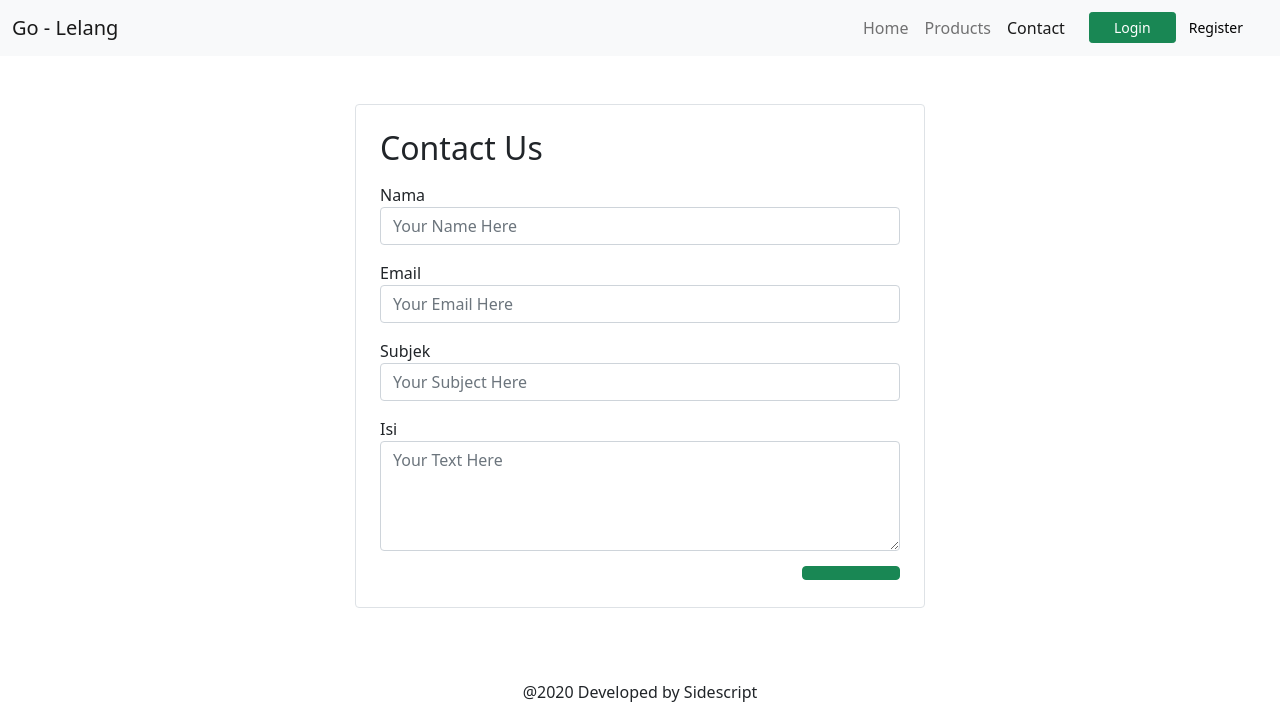
Repository: khulqu15/Go---Lelalng
Page: http://localhost/contact
An editor plug-in stored every save of this project. The page is shown before and after the next save, followed by the edit.
The browser window is 1280 px wide. The pictures show the whole page.
The page is served by the project's Laravel application, run on PHP 8.4 with Laravel 8. Other server files are loaded and not shown.

Above is the page before, as saved 2021-02-22 12:33:44.

### routes/web.php
<?php

use App\Http\Controllers\DashboardController;
use App\Http\Controllers\PageController;
use Illuminate\Support\Facades\Route;

/*
|--------------------------------------------------------------------------
| Web Routes
|--------------------------------------------------------------------------
|
| Here is where you can register web routes for your application. These
| routes are loaded by the RouteServiceProvider within a group which
| contains the "web" middleware group. Now create something great!
|
*/

Route::get('/', [PageController::class, 'home'])->name('home');
Route::get('products', [PageController::class, 'products'])->name('products');
Route::get('product/{id}', [PageController::class, 'product'])->name('product');
Route::get('contact', [PageController::class, 'contact'])->name('contact');
Route::get('login', [PageController::class, 'login'])->name('login');
Route::get('register', [PageController::class, 'register'])->name('register');
Route::post('contact', [PageController::class, 'contact'])->name('contact.us');

Route::group(['middleware' => ['userDashboard']], function() {
    Route::get('dashboard', [DashboardController::class, 'index'])->name('dashboard');
    Route::get('dashboard/product', [DashboardController::class, 'product'])->name('dashboard.product');
    Route::get('dashboard/user', [DashboardController::class, 'user'])->name('dashboard.user');
    Route::get('dashboard/auction', [DashboardController::class, 'auction'])->name('dashboard.auction');
});

### app/Http/Controllers/PageController.php
<?php

namespace App\Http\Controllers;

use App\Models\Category;
use App\Models\Product;
use Illuminate\Http\Request;

class PageController extends Controller
{
    public function home(Request $request)
    {
        $categories = Category::orderBy('id', 'DESC')->paginate(4);
        $query = Product::query();
        if($request->get('name')) {
            $products = $query->where('name', 'LIKE', '%'.$request->get('name').'%');
        }
        if($request->get('category')) {
            $products = $query->where('category_id', $request->get('category'));
        }
        $products = $query->with('Category')->orderBy('id', 'DESC')->paginate(3);
        return view('welcome', compact('products', 'categories'));
    }

    public function products(Request $request)
    {
        $categories = Category::orderBy('id', 'DESC')->paginate(4);
        $query = Product::query();
        if($request->get('name')) {
            $products = $query->where('name', 'LIKE', '%'.$request->get('name').'%');
        }
        if($request->get('category')) {
            $products = $query->where('category_id', $request->get('category'));
        }
        $products = $query->paginate(3);
        return view('page.products', compact('products', 'categories'));
    }

    public function product($id)
    {
        $product = Product::find($id);
        return view('page.product', compact('product'));
    }

    public function contact()
    {
        return view('page.contact');
    }

    public function login()
    {
        return view('auth.login');
    }

    public function register()
    {
        return view('auth.register');
    }
}

### resources/views/page/contact.blade.php
@extends('layout.app')

@section('title', 'Contact')

@section('content')
    <div class="container py-5">
        <div class="row">
            <div class="col-md-6 offset-md-3 rounded border p-4">
                <div>
                    <h2 class="font-weight-bold">Contact Us</h2>
                    <form action="{{ route('contact.us') }}" method="POST">
                        @csrf
                        <div class="form-group py-2">
                            <label for="name">Nama</label>
                            <input type="text" required name="name" placeholder="Your Name Here" class="form-control">
                        </div>
                        <div class="form-group py-2">
                            <label for="email">Email</label>
                            <input type="email" required name="email" placeholder="Your Email Here" class="form-control">
                        </div>
                        <div class="form-group py-2">
                            <label for="subject">Subjek</label>
                            <input type="text" name="subject" placeholder="Your Subject Here" class="form-control">
                        </div>
                        <div class="form-group py-2">
                            <label for="subject">Isi</label>
                            <textarea rows="4" type="text" name="subject" placeholder="Your Text Here" class="form-control"></textarea>
                        </div>
                        <div class="text-right">
                            <button class="btn btn-success px-5"></button>
                        </div>
                    </form>
                </div>
            </div>
        </div>
    </div>
@endsection

### resources/views/layout/app.blade.php
<!DOCTYPE html>
<html lang="en">
<head>
    <meta charset="UTF-8">
    <meta name="viewport" content="width=device-width, initial-scale=1.0">
    <meta http-equiv="X-UA-Compatible" content="ie=edge">
    <title>GO - Lelang | @yield('title')</title>

    <script src="{{ mix('css/app.css') }}"></script>
    <link rel="stylesheet" href="{{ asset('css/bootstrap.min.css') }}">
    <link rel="stylesheet" href="{{ asset('css/all.min.css') }}">
    <link rel="stylesheet" href="{{ asset('css/fontawesome.min.css') }}">
    <link rel="stylesheet" href="{{ asset('css/style.css') }}">

    <script src="{{ mix('js/app.js') }}"></script>
    <script src="{{ asset('js/jquery-3.5.1.min.js') }}"></script>
    <script src="{{ asset('js/bootstrap.min.js') }}"></script>
    <script src="{{ asset('js/all.min.js') }}"></script>
    <script src="{{ asset('js/fontawesome.min.js') }}"></script>

</head>
<body>

    <nav class="navbar navbar-expand-lg navbar-light bg-light">
        <div class="container-fluid">
            <a class="navbar-brand" href="{{ route('home') }}">Go - Lelang</a>
            <button class="navbar-toggler" type="button" data-bs-toggle="collapse" data-bs-target="#navbarSupportedContent" aria-controls="navbarSupportedContent" aria-expanded="false" aria-label="Toggle navigation">
                <span class="navbar-toggler-icon"></span>
            </button>
            <div class="collapse navbar-collapse" id="navbarSupportedContent">
                <ul class="navbar-nav ms-auto mb-2 mb-lg-0">
                    <li class="nav-item">
                        <a class="nav-link {{ Request::is('home') ? 'active' : '' }}" aria-current="page" href="{{ route('home') }}">Home</a>
                    </li>
                    <li class="nav-item">
                        <a class="nav-link {{ Request::is('products') ? 'active' : '' }}"" href="{{ route('products') }}">Products</a>
                    </li>
                    <li class="nav-item">
                        <a class="nav-link {{ Request::is('contact') ? 'active' : '' }}"" href="{{ route('contact') }}">Contact</a>
                    </li>
                    <li class="nav-item pt-1 px-3">
                        <button class="btn btn-success btn-sm px-4" onclick="window.location = '{{ route('login') }}'">Login</button>
                        <button class="btn btn-light btn-sm px-2" onclick="window.location = '{{ route('register') }}'">Register</button>
                    </li>
                </ul>
            </div>
        </div>
    </nav>

    @yield('content')

    <footer class="container-fluid py-4">
        <div class="row">
            <div class="col-md-12 text-center">
                <p class="mb-0">@2020 Developed by Sidescript</p>
            </div>
        </div>
    </footer>
</body>
</html>

### public/css/style.css
body {
    overflow-x: hidden !important;
}
.viga {
    font-family: 'Viga', sans-serif;
}
.bgm-primary {
    background-color: #E62A2A !important;
}
.bgm-primary-light {
    background-color: #FFCECE !important;
}
.btnm-primary {
    border: none;
    border-radius: 0px !important;
    transition: all .3s ease-in-out;
    background-color: #E62A2A !important;
    padding: 1rem 2rem;
    color: white;
}
.shadow-smooth {
    box-shadow: 10px 20px 49px -8px rgba(0, 0, 0, 0.08) !important;
}
.page-item.active .page-link {
    background-color: #198754 !important;
    border-color: #198754 !important;
    color: white !important;
}
.page-link {
    color: #198754 !important;
}
.text-right {
    text-align: right !important;
}
.text-left {
    text-align: left !important;
}
.text-sm {
    font-size: .8rem;
}
.text-center {
    text-align: center !important;
}
.cursor-point {
    cursor: pointer;
}
.btnm-primary:hover {
    color: white !important;
    background-color: #c01c1c !important;
}
.btnm-light {
    border: none;
    border-radius: 0px !important;
    transition: all .3s ease-in-out;
    background-color: #f2f2f2 !important;
    padding: 1rem 2rem;
    color: #292929;
}
.btnm-light:hover {
    color: #292929 !important;
    background-color: #c2c2c2 !important;
}
.textm-primary {
    color: #E62A2A !important;
}
.textm-gray {
    color: gray !important;
}

.input-search-home {
    width: 80%;
    position: absolute;
    left: 10%;
    height: 60px;
    box-shadow: 0px 20px 40px -6px rgba(0, 0, 0, 0.12);
    top: -50px;
    background-color: white;
}
.input-search-home input {
    height: 60px;
}
.input-search-home button,
.input-search-home a {
    position: relative;
    top: -10px;
}
.maxm-height {
    min-height: 70vh;
    max-height: 70vh !important;
    overflow-y: auto !important;
    overflow-x: hidden !important;
}


.card-product {
    width: 100%;
    transition: all .3s ease-in-out;
    height: 370px;
    background-color: white;
}
.card-product:hover {
    box-shadow: 12px 24px 48px rgba(0, 0, 0, 0.09);
}
.card-product .image {
    width: 100%;
    height: 170px;
    background-color: #f36c6c;
    overflow: hidden;
}
.card-product .image img {
    transition: all .3s ease-in-out;
}
.card-product .image:hover img {
    transform: scale(1.1);
    opacity: .6;
}
.card-product .like {
    width: 50px;
    height: 50px;
    border-radius: 50px;
    background-color: #fccece;
    color: #E62A2A;
    position: absolute;
    line-height: 53px;
    text-align: center;
    z-index: 10;
    top: 140px;
    right: 20px;
    transition: all .3s ease-in-out;
}
.card-product .like:hover {
    cursor: pointer;
    background-color: #c01c1c;
    color: #FFCECE;
}
.card-product .liked {
    width: 50px;
    height: 50px;
    border-radius: 50px;
    background-color: #E62A2A;
    color: #fccece;
    position: absolute;
    line-height: 53px;
    text-align: center;
    z-index: 10;
    top: 140px;
    right: 20px;
    transition: all .3s ease-in-out;
}
.card-product .like:hover {
    cursor: pointer;
    color: #c01c1c;
    background-color: #FFCECE;
}
.image-fit-card {
    width: 100%;
    height: 100%;
    object-fit: cover !important;
}
.card-product .line-category {
    display: inline-block;
    width: 20px;
    height: 3px;
    background-color: gray;
}

.bg-hammer-bottom {
    background: url('../img/wallpaper/hammer.png');
    background-attachment: fixed;
    background-position: center;
    background-size: cover;
}

.input-email-footer {
    position: relative;
    width: 100%;
    height: 70px;
    box-shadow: 0px 19px 38px rgba(0, 0, 0, 0.12);
    background-color: white;
}
.input-email-footer input {
    height: 70px;
    width: 100%;
}
.input-email-footer button {
    position: relative;
    top: -8px
}

.menu-footer {
    color: rgba(255, 255, 255, .5);
}
.menu-footer.active,
.menu-footer:hover {
    color: rgba(255, 255, 255, 1);
    cursor: pointer;
    transition: all .4s ease-in-out;
}
.menu-footer .icon {
    position: absolute;
    right: -50px;
    opacity: 0;
    transition: all .2s ease-in-out;
    visibility: hidden;
}
.menu-footer.active .icon,
.menu-footer:hover .icon {
    position: relative;
    opacity: 1;
    right: 0;
    visibility: visible;
}
.menu-footer .menu-title {
    transition: all .2s ease-in-out;
    position: relative;
    font-size: 3rem;
    right: -10px;
}
.menu-footer.active .menu-title,
.menu-footer:hover .menu-title {
    position: relative;
    right: 0px;
}

.icons-footer svg {
    transition: all .2s ease-in-out;
    color: #c2c2c2;
    margin: 0px .8rem;
    font-size: 1.4rem;
}

.icons-footer svg:hover {
    cursor: pointer;
    color: #767676;
}

.navbar {
    transition: all .3s ease-in-out;
    z-index: 100;
}
.burger {
    position: relative;
    top: -5px;
    margin: 10px 0px 0px 0px;
}
.burger div {
    width: 30px;
    height: 2px;
    margin: 7px 0px;
    position: relative;
    background-color: #767676;
    transition: all .3s ease-in-out;
}
.burger.times div:nth-child(1) {
    transform: rotate(45deg);
    top: 5px;
}
.burger.times div:nth-child(2) {
    transform: rotate(-45deg);
    top: -5px;
}

.navbar-fixed {
    position: fixed;
    width: 100%;
    z-index: 50;
    overflow-x: hidden !important;
    overflow-y: auto !important;
    height: 100%;
    top: 0;
    opacity: 1;
    transform: skew(0deg);
    background-color: white;
    visibility: visible;
    right: 0;
    transition: all .5s ease-in;
}
.avatar-sm {
    width: 40px;
    height: 40px;
    border-radius: 40px;
    overflow: hidden;
    display: inline-block;
}
.avatar-md {
    width: 50px;
    height: 50px;
    border-radius: 50px;
    overflow: hidden;
    display: inline-block;
}
.avatar-sm-navbar {
    width: 40px;
    height: 40px;
    border-radius: 40px;
    display: inline-block;
    right: 120px;
    position: absolute;
    z-index: 10;
    overflow: hidden;
    transition: all .3s ease-in-out;
    top: 24px;
    box-sizing: content-box;
}
.avatar-sm-navbar:hover {
    cursor: pointer;
    border: 4px solid gainsboro;
    top: 20px;
    right: 112px;
}
.navbar-fixed.hide {
    transform: skew(10deg) !important;
    opacity: 0 !important;
    right: -100% !important;
    visibility: hidden !important;
}
.menu-navbar {
    color: rgba(44, 44, 44, 0.5);
}
.menu-navbar.active,
.menu-navbar:hover {
    color: rgba(44, 44, 44, 1) !important;
    cursor: pointer;
    transition: all .4s ease-in-out;
}
.menu-navbar .icon {
    position: absolute;
    right: -50px;
    opacity: 0;
    transition: all .2s ease-in-out;
    visibility: hidden;
}
.menu-navbar.active .icon,
.menu-navbar:hover .icon {
    position: relative;
    opacity: 1;
    right: 0;
    visibility: visible;
}
.menu-navbar .menu-title {
    transition: all .2s ease-in-out;
    position: relative;
    font-size: 3rem;
    right: -10px;
}
.menu-navbar.active .menu-title,
.menu-navbar:hover .menu-title {
    position: relative !important;
    right: 0px !important;
}
a {
    text-decoration: none !important;
}
.full-page,
.bg-product {
    width: 100%;
    min-height: 100vh;
    overflow: hidden;
    position: relative;
    background-color: #292929;
}
.full-page {
    background-color: #f36c6c !important;
}
.bg-product img {
    opacity: .8;
}

.avatar-profile {
    width: 80px;
    margin: 0px auto;
    height: 80px;
    display: inline-block;
    border-radius: 80px;
    overflow: hidden !important;
    background-color: #E62A2A;
}
.ellipsis-menu-right {
    top: 0;
    right: 0;
    margin: .7rem;
    font-size: 1.2rem;
}

.card-profile-navbar {
    background-color: white;
    width: 300px;
    position: relative;
    z-index: 100;
}
.card-auction {
    box-shadow: 0px 5px 15px rgba(0, 0, 0, 0.12);
    transition: all .3s ease-in-out;
}
.card-auction:hover {
    box-shadow: 0px 10px 30px rgba(0, 0, 0, 0.1);
}
.alert-respond {
    width: 50%;
    top: 20%;
    z-index: 100;
    left: 25%;
}
@media only screen and (max-width: 760px) {
    .alert-respond {
        z-index: 100;
        top: 20%;
        width: 80%;
        left: 10%;
    }
}

.btn-fab {
    position: fixed;
    right: 25px;
    bottom: 25px;
    z-index: 100;
}

.menu-ellipsis {
    width: 260px;
    overflow: hidden;
    right: 0;
    background-color: white;
    transition: all .3s ease-in-out;
    box-shadow: 0px 10px 20px rgba(0, 0, 0, 0.08);
}
.menu-ellipsis.hide {
    opacity: 0 !important;
    visibility: hidden !important;
    right: -20px !important;
}
.menu-ellipsis .item {
    padding: .7rem 1.4rem;
    transition: all .3s ease-in-out;
    text-align: right !important;
    cursor: pointer;
}
.menu-ellipsis .item:hover {
    background-color: gainsboro;
}

Loaded but not shown: app/Providers/AppServiceProvider.php (common file); app/Http/Controllers/Controller.php (common file); public/mix-manifest.json (common file); public/css/bootstrap.min.css (library); public/css/all.min.css (library); public/css/fontawesome.min.css (library); public/js/app.js (library); public/js/jquery-3.5.1.min.js (library); public/js/bootstrap.min.js (library); public/js/fontawesome.min.js (library); public/css/app.css (empty)

After the next save:
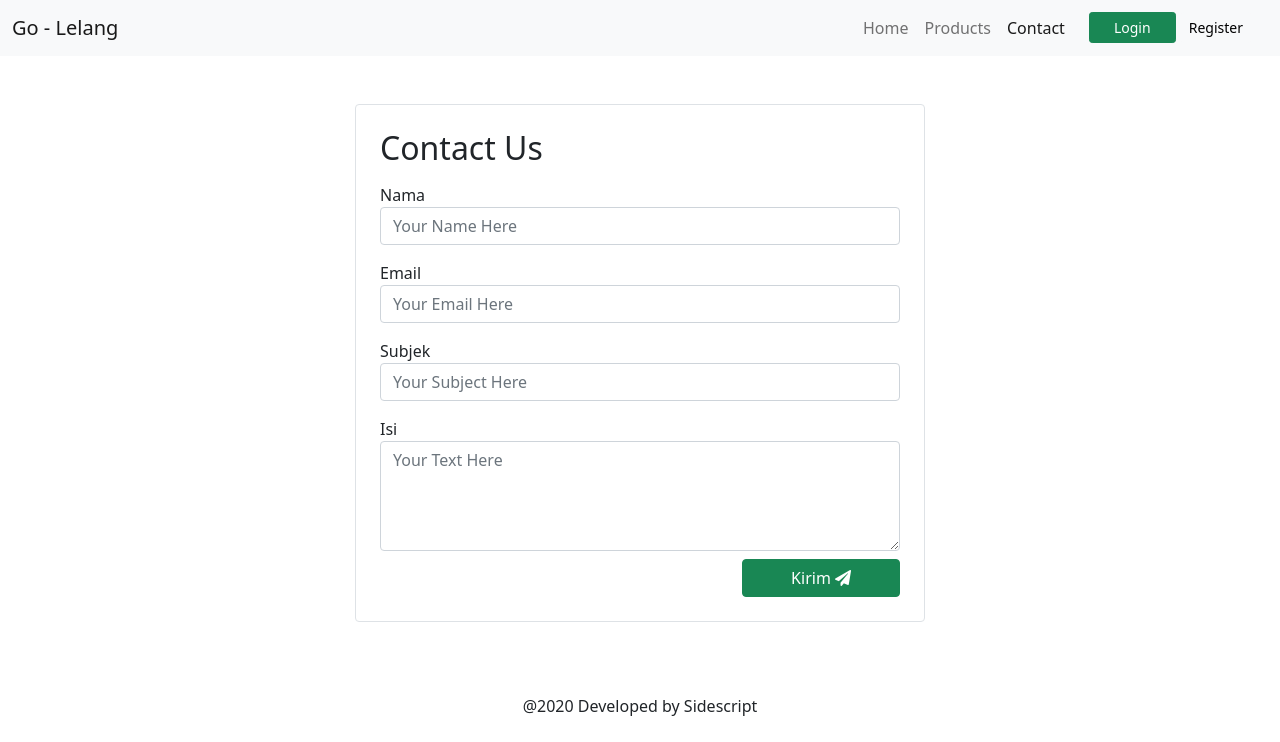
Saved 12 s later.
--- a/resources/views/page/contact.blade.php
+++ b/resources/views/page/contact.blade.php
@@ -27,7 +27,7 @@
                             <textarea rows="4" type="text" name="subject" placeholder="Your Text Here" class="form-control"></textarea>
                         </div>
                         <div class="text-right">
-                            <button class="btn btn-success px-5"></button>
+                            <button class="btn btn-success px-5">Kirim <i class="fas fa-paper-plane"></i></button>
                         </div>
                     </form>
                 </div>
